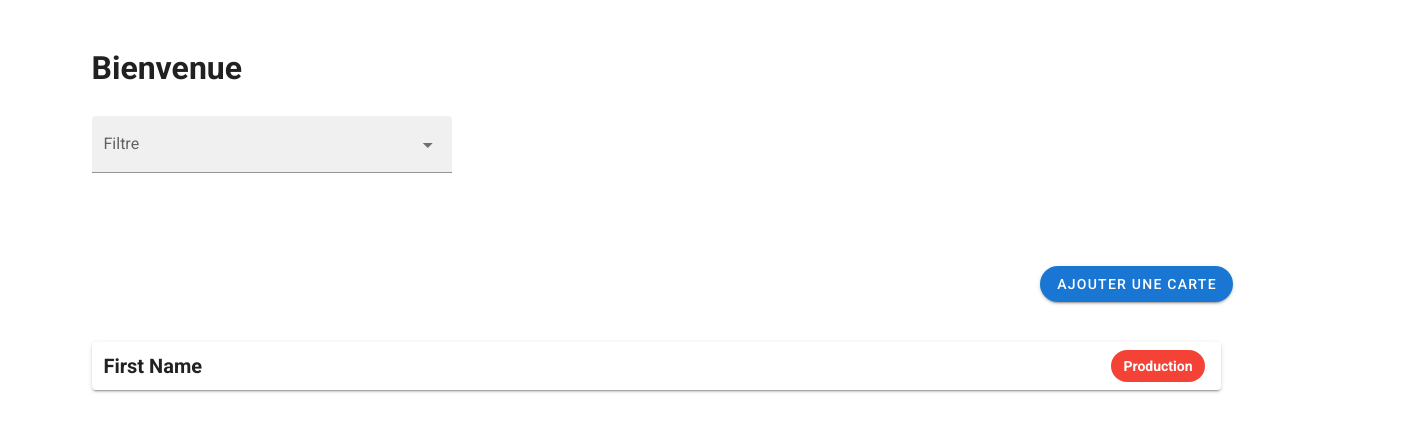
Repository: SidneyHodieb/myc
Page: /
The author's editor kept a copy of each file at every save. The page is drawn from the files as they stood at one save, then again after the next save.
The browser window is 1280 px wide. The page is 1425 px wide, so the pictures cover 1425 px, including what lies to the right of the window. The pictures show the whole page.
The project was rebuilt for these pictures with package versions that can differ from the ones it lists, and the page was loaded fresh each time. Also part of the build but not shown: vue.config.js.

Above is the page before, as saved 2021-04-02 00:15:03.

After the next save:
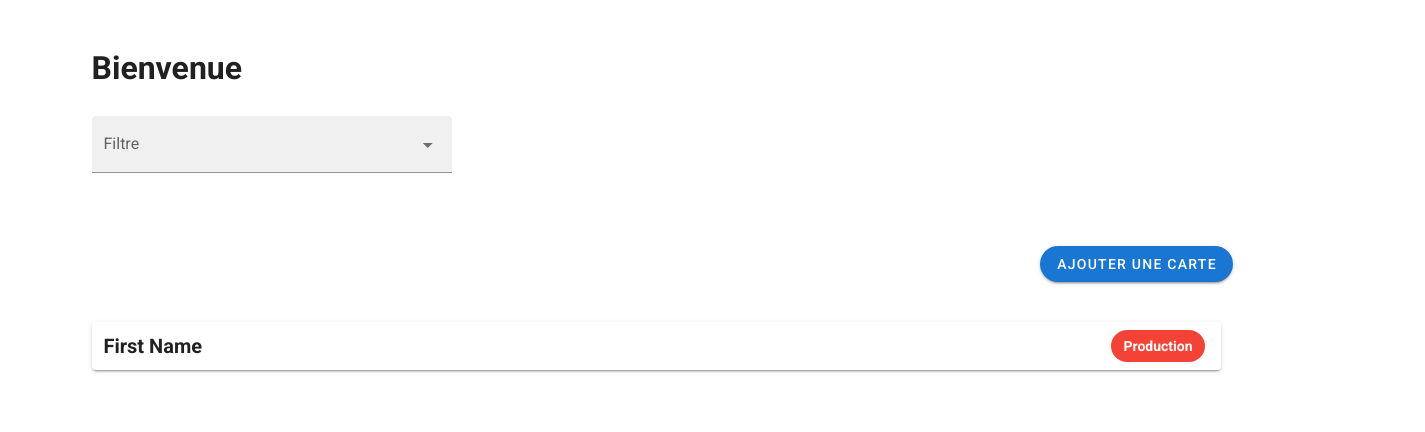
Saved 4 s later.
--- a/src/views/Home.vue
+++ b/src/views/Home.vue
@@ -7,7 +7,7 @@
       <v-col class="d-flex" sm="4">
         <v-select :items="items" filled label="Filtre"></v-select>
       </v-col>
-     <v-col offset-md="8" sm="6" style="margin-top:40px">
+     <v-col offset-md="8" sm="6" style="margin-top:20px">
       <div class="text-center">
         <v-btn rounded color="primary">
           Ajouter une carte
